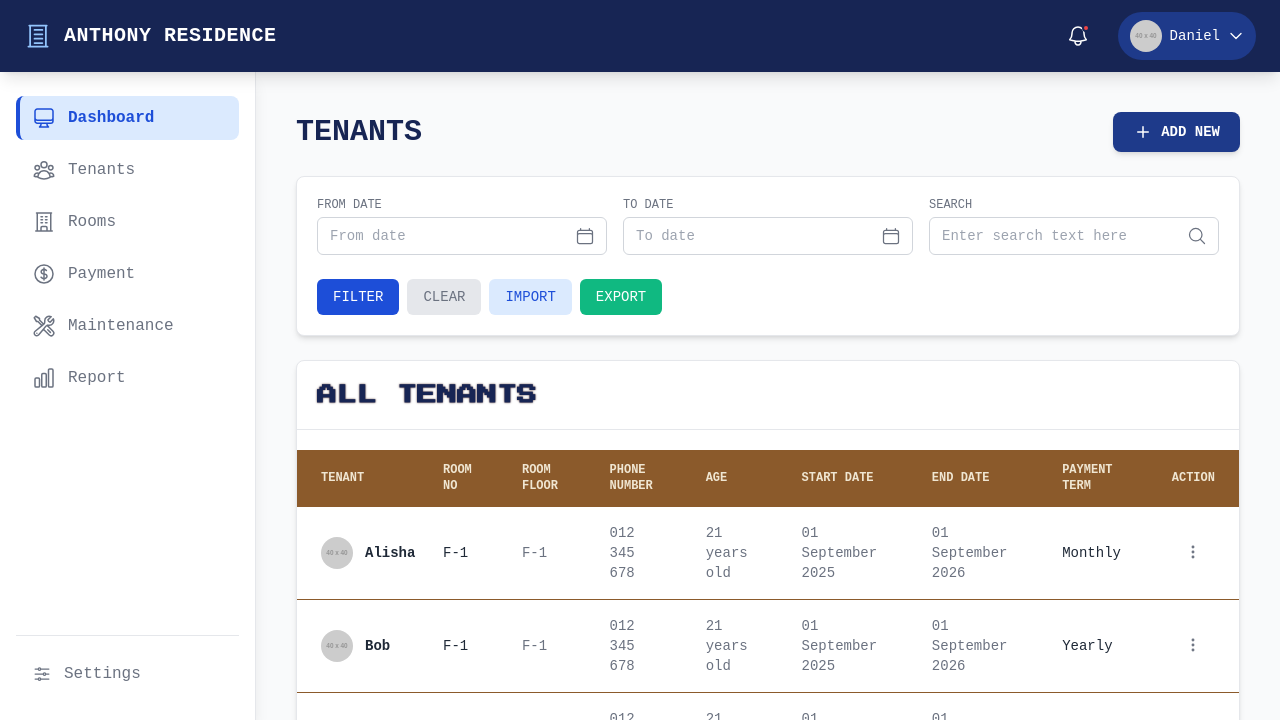
Repository: phyronsoftware-project/Room_Rental_Management_System
Page: http://localhost/tanants
The author's editor kept a copy of each file at every save. The page is drawn from the files as they stood at one save, then again after the next save.
The browser window is 1280 px wide. The pictures show the whole page.
An inner scrolling area shows only its first screen. Some web libraries are served in a nearby version. The page is served by the project's Laravel application, run on PHP 8.4 with Laravel 12. Other server files are loaded and not shown.

Above is the page before, as saved 2026-01-14 21:41:53.

### routes/web.php
<?php

use App\Http\Controllers\admin\Tanants;
use Illuminate\Support\Facades\Route;

Route::get('/', function () {
    return view('dashboard.dashboard');
});
Route::get('/tanants', [Tanants::class, 'index'])->name('tanants.index');

### app/Http/Controllers/admin/Tanants.php
<?php

namespace App\Http\Controllers\admin;

use App\Http\Controllers\Controller;
use Illuminate\Http\Request;

class Tanants extends Controller
{
    public function index()
    {
        return view('tenants.tenants');
    }
}

### resources/views/layouts/app.blade.php
{{-- resources/views/layouts/app.blade.php --}}
<!DOCTYPE html>
<html lang="en">
<head>
    <meta charset="UTF-8" />
    <meta name="viewport" content="width=device-width, initial-scale=1.0" />
    <title>@yield('title', 'Dashboard')</title>

    {{-- Tailwind CDN --}}
    <script src="https://cdn.tailwindcss.com"></script>

    <link rel="stylesheet" href="{{ asset('admin.css') }}">
    {{-- Google Fonts --}}
    <link rel="preconnect" href="https://fonts.googleapis.com" />
    <link rel="preconnect" href="https://fonts.gstatic.com" crossorigin />
    <link href="https://fonts.googleapis.com/css2?family=Inter:wght@400;500;600;700;800&display=swap" rel="stylesheet" />
    <link href="https://fonts.googleapis.com/css2?family=Bebas+Neue&display=swap" rel="stylesheet" />

    {{-- Tailwind Config --}}
    <script>
        tailwind.config = {
            theme: {
                extend: {
                    fontFamily: {
                        sans: ["Inter", "sans-serif"],
                        bebas: ["Bebas Neue", "cursive"],
                    },
                    colors: {
                        "primary-dark": "#172554",
                        primary: "#1d4ed8",
                        "primary-light": "#dbeafe",
                        light: "#ffffff",
                        base: "#f9fafb",
                        "text-dark": "#1f2937",
                        "text-mid": "#6b7280",
                        "warning-dark": "#f59e0b",
                        "warning-light": "#fef3c7",
                        "success-dark": "#10b981",
                        "success-light": "#ecfdf5",
                        "danger-dark": "#dc2626",
                        "danger-light": "#fee2e2",
                        accent: "#a16207",
                        facebook: "#1877F2",
                        linkedin: "#0A66C2",
                        telegram: "#24A1DE",
                        gmail: "#EA4335",
                        youtube: "#FF0000",
                    },
                    textShadow: { custom: "1px 1px 3px rgba(0, 0, 0, 0.1)" },
                },
            },
            plugins: [
                function({ addUtilities, theme, e }) {
                    const newUtilities = {};
                    Object.entries(theme("textShadow")).forEach(([key, value]) => {
                        newUtilities[`.${e(`text-shadow-${key}`)}`] = { textShadow: value };
                    });
                    addUtilities(newUtilities);
                },
            ],
        };
    </script>

    <style>
        body { font-family: "Inter", sans-serif; }
        ::-webkit-scrollbar { width: 6px; }
        ::-webkit-scrollbar-track { background: #f1f1f1; }
        ::-webkit-scrollbar-thumb { background: #cbd5e1; border-radius: 6px; }
        ::-webkit-scrollbar-thumb:hover { background: #a0aec0; }
        .nav-link.active {
            background-color: #dbeafe;
            color: #1d4ed8;
            font-weight: 600;
            border-left: 4px solid #1d4ed8;
            padding-left: calc(1rem - 4px);
        }
    </style>

    @stack('head')
</head>

<body class="bg-base text-text-dark">
<div class="flex flex-col h-screen">

    {{-- ✅ Header --}}
    @include('partials.header', [
        'admin_name' => $admin_name ?? 'Daniel',
    ])

    <div class="flex flex-1 overflow-hidden">

        {{-- ✅ Sidebar --}}
        @include('partials.sidebar', [
            'active_page' => $active_page ?? '',
        ])

        {{-- ✅ Main Content --}}
        <main class="flex-1 overflow-y-auto bg-base">
            @yield('content')
        </main>

    </div>
</div>

{{-- Dropdown Script --}}
<script>
    document.addEventListener("DOMContentLoaded", function() {
        const userMenuButton = document.getElementById("user-menu-button");
        const userMenu = document.getElementById("user-menu");

        if (userMenuButton && userMenu) {
            userMenuButton.addEventListener("click", function(event) {
                event.stopPropagation();
                userMenu.classList.toggle("hidden");
            });

            window.addEventListener("click", function(event) {
                if (!userMenu.classList.contains("hidden") &&
                    !userMenu.contains(event.target) &&
                    !userMenuButton.contains(event.target)
                ) {
                    userMenu.classList.add("hidden");
                }
            });
        }
    });
</script>

@stack('scripts')
</body>
</html>

### resources/views/partials/header.blade.php
{{-- resources/views/partials/header.blade.php --}}
<nav class="bg-primary-dark text-white flex justify-between items-center px-6 py-3 shadow-lg z-20">
    <div class="flex items-center gap-3">
        <svg class="w-7 h-7 text-blue-300" xmlns="http://www.w3.org/2000/svg" fill="none" viewBox="0 0 24 24" stroke-width="1.5" stroke="currentColor">
            <path stroke-linecap="round" stroke-linejoin="round" d="M3.75 21h16.5M4.5 3h15M5.25 3v18m13.5-18v18M9 6.75h6.75M9 10.5h6.75M9 14.25h6.75M9 18h6.75" />
        </svg>
        <span class="text-xl font-bold tracking-wide">ANTHONY RESIDENCE</span>
    </div>

    <div class="flex items-center gap-5">
        <button class="relative p-2 rounded-full hover:bg-blue-900 focus:outline-none focus:ring-2 focus:ring-offset-2 focus:ring-offset-primary-dark focus:ring-white">
            <span class="sr-only">View notifications</span>
            <svg class="w-6 h-6" xmlns="http://www.w3.org/2000/svg" fill="none" viewBox="0 0 24 24" stroke-width="1.5" stroke="currentColor">
                <path stroke-linecap="round" stroke-linejoin="round" d="M14.857 17.082a23.848 23.848 0 005.454-1.31A8.967 8.967 0 0118 9.75v-.7V9A6 6 0 006 9v.75a8.967 8.967 0 01-2.312 6.022c1.733.64 3.56 1.085 5.455 1.31m5.714 0a24.255 24.255 0 01-5.714 0m5.714 0a3 3 0 11-5.714 0" />
            </svg>
            <span class="absolute top-2 right-2 w-2 h-2 bg-red-500 rounded-full border-2 border-primary-dark"></span>
        </button>

        <div class="relative">
            <button id="user-menu-button" class="flex items-center gap-2 bg-blue-900 px-3 py-2 rounded-full text-sm font-medium hover:bg-blue-800 focus:outline-none focus:ring-2 focus:ring-offset-2 focus:ring-offset-primary-dark focus:ring-white">
                <img class="w-8 h-8 rounded-full" src="https://placehold.co/40x40/60A5FA/FFF?text=D" alt="User avatar" />
                <span>{{ $admin_name ?? 'Daniel' }}</span>
                <svg class="w-4 h-4" xmlns="http://www.w3.org/2000/svg" fill="none" viewBox="0 0 24 24" stroke-width="2" stroke="currentColor">
                    <path stroke-linecap="round" stroke-linejoin="round" d="M19.5 8.25l-7.5 7.5-7.5-7.5" />
                </svg>
            </button>

            <div id="user-menu" class="absolute right-0 mt-2 w-48 bg-light rounded-md shadow-lg py-1 border border-gray-200 z-30 hidden transition-all duration-300 ease-in-out" role="menu" aria-orientation="vertical" aria-labelledby="user-menu-button">
                <a href="{{ url('/profile') }}" class="block px-4 py-2 text-sm text-text-dark hover:bg-base" role="menuitem">Your Profile</a>
                <a href="{{ url('/settings') }}" class="block px-4 py-2 text-sm text-text-dark hover:bg-base" role="menuitem">Settings</a>
                <hr class="border-gray-200 my-1" />
                <a href="{{ url('/logout') }}" class="block px-4 py-2 text-sm text-danger-dark hover:bg-danger-light" role="menuitem">Sign out</a>
            </div>
        </div>
    </div>
</nav>

### resources/views/partials/sidebar.blade.php
{{-- resources/views/partials/sidebar.blade.php --}}
<aside class="w-64 bg-light shadow-lg border-r border-gray-200 flex flex-col z-10 overflow-y-auto">
    <nav class="mt-6 px-4 flex-1">
        <ul class="space-y-2">
            <li>
                <a href="{{ url('/dashboard') }}"
                    class="nav-link {{ ($active_page ?? '') === 'dashboard' ? 'active' : '' }} flex items-center gap-3 px-4 py-2.5 rounded-lg text-text-mid hover:bg-primary-light hover:text-primary transition-all">
                    <svg xmlns="http://www.w3.org/2000/svg" fill="none" viewBox="0 0 24 24" stroke-width="1.5"
                        stroke="currentColor" class="size-6">
                        <path stroke-linecap="round" stroke-linejoin="round"
                            d="M9 17.25v1.007a3 3 0 0 1-.879 2.122L7.5 21h9l-.621-.621A3 3 0 0 1 15 18.257V17.25m6-12V15a2.25 2.25 0 0 1-2.25 2.25H5.25A2.25 2.25 0 0 1 3 15V5.25m18 0A2.25 2.25 0 0 0 18.75 3H5.25A2.25 2.25 0 0 0 3 5.25m18 0V12a2.25 2.25 0 0 1-2.25 2.25H5.25A2.25 2.25 0 0 1 3 12V5.25" />
                    </svg>
                    <span>Dashboard</span>
                </a>
            </li>

            <li>
                <a href="{{ route('tanants.index') }}"
                    class="nav-link  flex items-center gap-3 px-4 py-2.5 rounded-lg text-text-mid hover:bg-primary-light hover:text-primary transition-all">
                    <svg xmlns="http://www.w3.org/2000/svg" fill="none" viewBox="0 0 24 24" stroke-width="1.5"
                        stroke="currentColor" class="size-6">
                        <path stroke-linecap="round" stroke-linejoin="round"
                            d="M18 18.72a9.094 9.094 0 0 0 3.741-.479 3 3 0 0 0-4.682-2.72m.94 3.198.001.031c0 .225-.012.447-.037.666A11.944 11.944 0 0 1 12 21c-2.17 0-4.207-.576-5.963-1.584A6.062 6.062 0 0 1 6 18.719m12 0a5.971 5.971 0 0 0-.941-3.197m0 0A5.995 5.995 0 0 0 12 12.75a5.995 5.995 0 0 0-5.058 2.772m0 0a3 3 0 0 0-4.681 2.72 8.986 8.986 0 0 0 3.74.477m.94-3.197a5.971 5.971 0 0 0-.94 3.197M15 6.75a3 3 0 1 1-6 0 3 3 0 0 1 6 0Zm6 3a2.25 2.25 0 1 1-4.5 0 2.25 2.25 0 0 1 4.5 0Zm-13.5 0a2.25 2.25 0 1 1-4.5 0 2.25 2.25 0 0 1 4.5 0Z" />
                    </svg>
                    <span>Tenants</span>
                </a>
            </li>

            <li>
                <a href="{{ url('/rooms') }}"
                    class="nav-link {{ ($active_page ?? '') === 'rooms' ? 'active' : '' }} flex items-center gap-3 px-4 py-2.5 rounded-lg text-text-mid hover:bg-primary-light hover:text-primary transition-all">
                    <svg xmlns="http://www.w3.org/2000/svg" fill="none" viewBox="0 0 24 24" stroke-width="1.5"
                        stroke="currentColor" class="size-6">
                        <path stroke-linecap="round" stroke-linejoin="round"
                            d="M3.75 21h16.5M4.5 3h15M5.25 3v18m13.5-18v18M9 6.75h1.5m-1.5 3h1.5m-1.5 3h1.5m3-6H15m-1.5 3H15m-1.5 3H15M9 21v-3.375c0-.621.504-1.125 1.125-1.125h3.75c.621 0 1.125.504 1.125 1.125V21" />
                    </svg>
                    <span>Rooms</span>
                </a>
            </li>

            <li>
                <a href="{{ url('/payments') }}"
                    class="nav-link {{ ($active_page ?? '') === 'payments' ? 'active' : '' }} flex items-center gap-3 px-4 py-2.5 rounded-lg text-text-mid hover:bg-primary-light hover:text-primary transition-all">
                    <svg xmlns="http://www.w3.org/2000/svg" fill="none" viewBox="0 0 24 24" stroke-width="1.5"
                        stroke="currentColor" class="size-6">
                        <path stroke-linecap="round" stroke-linejoin="round"
                            d="M12 6v12m-3-2.818.879.659c1.171.879 3.07.879 4.242 0 1.172-.879 1.172-2.303 0-3.182C13.536 12.219 12.768 12 12 12c-.725 0-1.45-.22-2.003-.659-1.106-.879-1.106-2.303 0-3.182s2.9-.879 4.006 0l.415.33M21 12a9 9 0 1 1-18 0 9 9 0 0 1 18 0Z" />
                    </svg>
                    <span>Payment</span>
                </a>
            </li>

            <li>
                <a href="{{ url('/maintenance') }}"
                    class="nav-link {{ ($active_page ?? '') === 'maintenance' ? 'active' : '' }} flex items-center gap-3 px-4 py-2.5 rounded-lg text-text-mid hover:bg-primary-light hover:text-primary transition-all">
                    <svg xmlns="http://www.w3.org/2000/svg" fill="none" viewBox="0 0 24 24" stroke-width="1.5"
                        stroke="currentColor" class="size-6">
                        <path stroke-linecap="round" stroke-linejoin="round"
                            d="M11.42 15.17 17.25 21A2.652 2.652 0 0 0 21 17.25l-5.877-5.877M11.42 15.17l2.496-3.03c.317-.384.74-.626 1.208-.766M11.42 15.17l-4.655 5.653a2.548 2.548 0 1 1-3.586-3.586l6.837-5.63m5.108-.233c.55-.164 1.163-.188 1.743-.14a4.5 4.5 0 0 0 4.486-6.336l-3.276 3.277a3.004 3.004 0 0 1-2.25-2.25l3.276-3.276a4.5 4.5 0 0 0-6.336 4.486c.091 1.076-.071 2.264-.904 2.95l-.102.085m-1.745 1.437L5.909 7.5H4.5L2.25 3.75l1.5-1.5L7.5 4.5v1.409l4.26 4.26m-1.745 1.437 1.745-1.437m6.615 8.206L15.75 15.75M4.867 19.125h.008v.008h-.008v-.008Z" />
                    </svg>
                    <span>Maintenance</span>
                </a>
            </li>

            <li>
                <a href="{{ url('/report') }}"
                    class="nav-link {{ ($active_page ?? '') === 'report' ? 'active' : '' }} flex items-center gap-3 px-4 py-2.5 rounded-lg text-text-mid hover:bg-primary-light hover:text-primary transition-all">
                    <svg xmlns="http://www.w3.org/2000/svg" fill="none" viewBox="0 0 24 24" stroke-width="1.5"
                        stroke="currentColor" class="size-6">
                        <path stroke-linecap="round" stroke-linejoin="round"
                            d="M3 13.125C3 12.504 3.504 12 4.125 12h2.25c.621 0 1.125.504 1.125 1.125v6.75C7.5 20.496 6.996 21 6.375 21h-2.25A1.125 1.125 0 0 1 3 19.875v-6.75ZM9.75 8.625c0-.621.504-1.125 1.125-1.125h2.25c.621 0 1.125.504 1.125 1.125v11.25c0 .621-.504 1.125-1.125 1.125h-2.25a1.125 1.125 0 0 1-1.125-1.125V8.625ZM16.5 4.125c0-.621.504-1.125 1.125-1.125h2.25C20.496 3 21 3.504 21 4.125v15.75c0 .621-.504 1.125-1.125 1.125h-2.25a1.125 1.125 0 0 1-1.125-1.125V4.125Z" />
                    </svg>
                    <span>Report</span>
                </a>
            </li>
        </ul>
    </nav>

    <div class="px-4 pb-6">
        <hr class="border-gray-200 mb-4" />
        <a href="{{ url('/settings') }}"
            class="nav-link {{ ($active_page ?? '') === 'settings' ? 'active' : '' }} flex items-center gap-3 px-4 py-2.5 rounded-lg text-text-mid hover:bg-primary-light hover:text-primary transition-all">
            <svg class="w-5 h-5" xmlns="http://www.w3.org/2000/svg" fill="none" viewBox="0 0 24 24"
                stroke-width="1.5" stroke="currentColor">
                <path stroke-linecap="round" stroke-linejoin="round"
                    d="M10.5 6h9.75M10.5 6a1.5 1.5 0 11-3 0m3 0a1.5 1.5 0 10-3 0M3.75 6H7.5m3 12h9.75m-9.75 0a1.5 1.5 0 01-3 0m3 0a1.5 1.5 0 00-3 0m-3.75 0H7.5m9-6h3.75m-3.75 0a1.5 1.5 0 01-3 0m3 0a1.5 1.5 0 00-3 0m-9.75 0h9.75" />
            </svg>
            <span>Settings</span>
        </a>
    </div>
</aside>

Loaded but not shown: app/Http/Controllers/Controller.php (common file); resources/views/tenants/tenants.blade.php (546 lines, source omitted); public/admin.css (696 lines, source omitted)

After the next save:
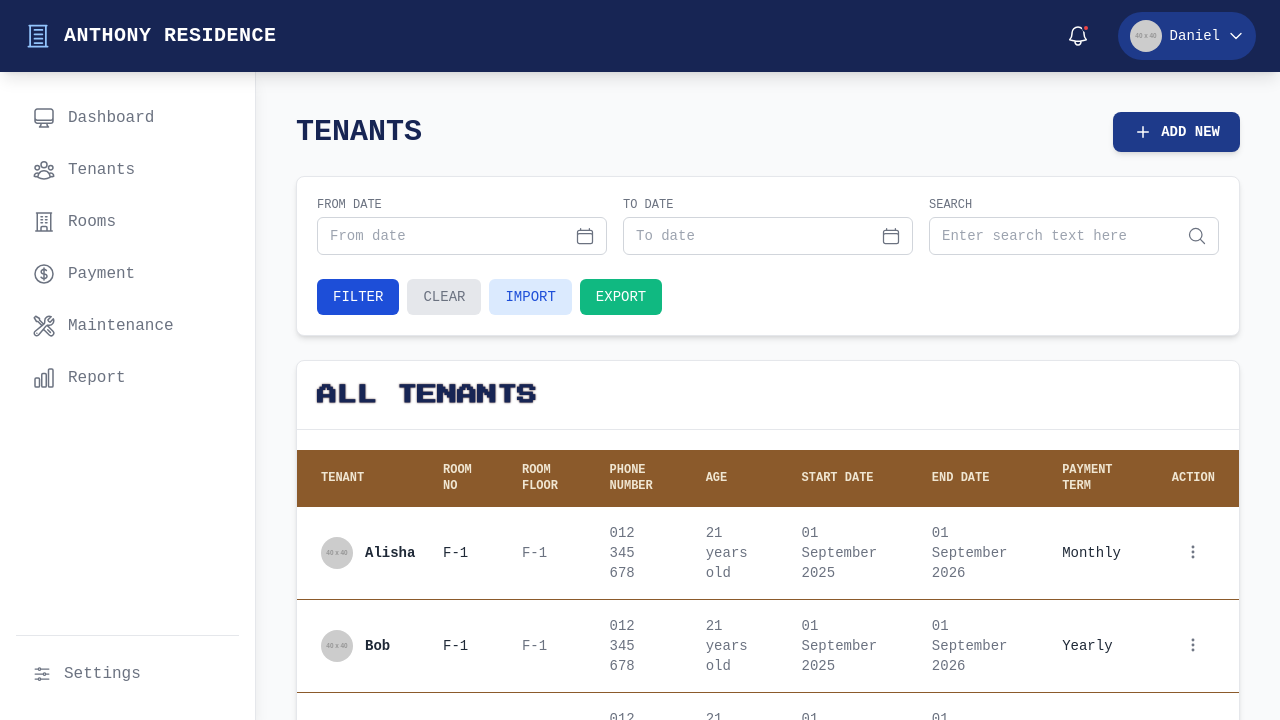
Saved 58 s later.
--- a/resources/views/partials/sidebar.blade.php
+++ b/resources/views/partials/sidebar.blade.php
@@ -4,7 +4,7 @@
         <ul class="space-y-2">
             <li>
                 <a href="{{ url('/dashboard') }}"
-                    class="nav-link {{ ($active_page ?? '') === 'dashboard' ? 'active' : '' }} flex items-center gap-3 px-4 py-2.5 rounded-lg text-text-mid hover:bg-primary-light hover:text-primary transition-all">
+                    class="nav-link {{ request()->is('dashboard') ? 'active' : '' }} flex items-center gap-3 px-4 py-2.5 rounded-lg text-text-mid hover:bg-primary-light hover:text-primary transition-all">
                     <svg xmlns="http://www.w3.org/2000/svg" fill="none" viewBox="0 0 24 24" stroke-width="1.5"
                         stroke="currentColor" class="size-6">
                         <path stroke-linecap="round" stroke-linejoin="round"
